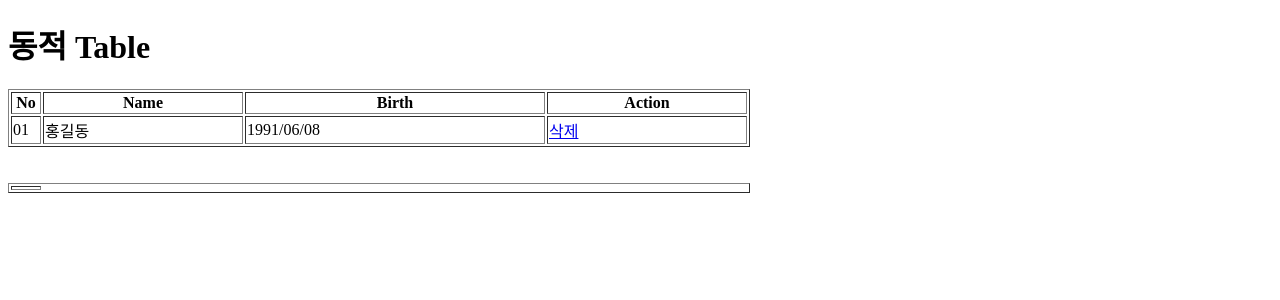
Repository: jeongho97/JQuery
Page: alloc/WebContent/index.html
The author's editor kept a copy of each file at every save. The page is drawn from the files as they stood at one save, then again after the next save.
The browser window is 1280 px wide. The pictures show the whole page.

Above is the page before, as saved 2022-05-13 07:15:20.

After the next save:
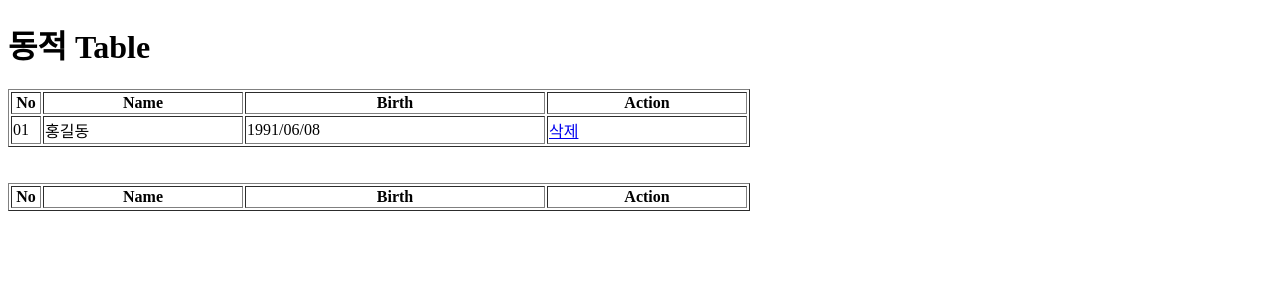
Saved 22 s later.
--- a/alloc/WebContent/index.html
+++ b/alloc/WebContent/index.html
@@ -55,7 +55,10 @@
 
 <thead>
 <tr>
-	<th><label for="add_no"></label></th>
+	<th><label for="add_no">No</label></th>
+	<th>Name</th>
+	<th>Birth</th>
+	<th>Action</th>
 </tr>
 </thead>
 
